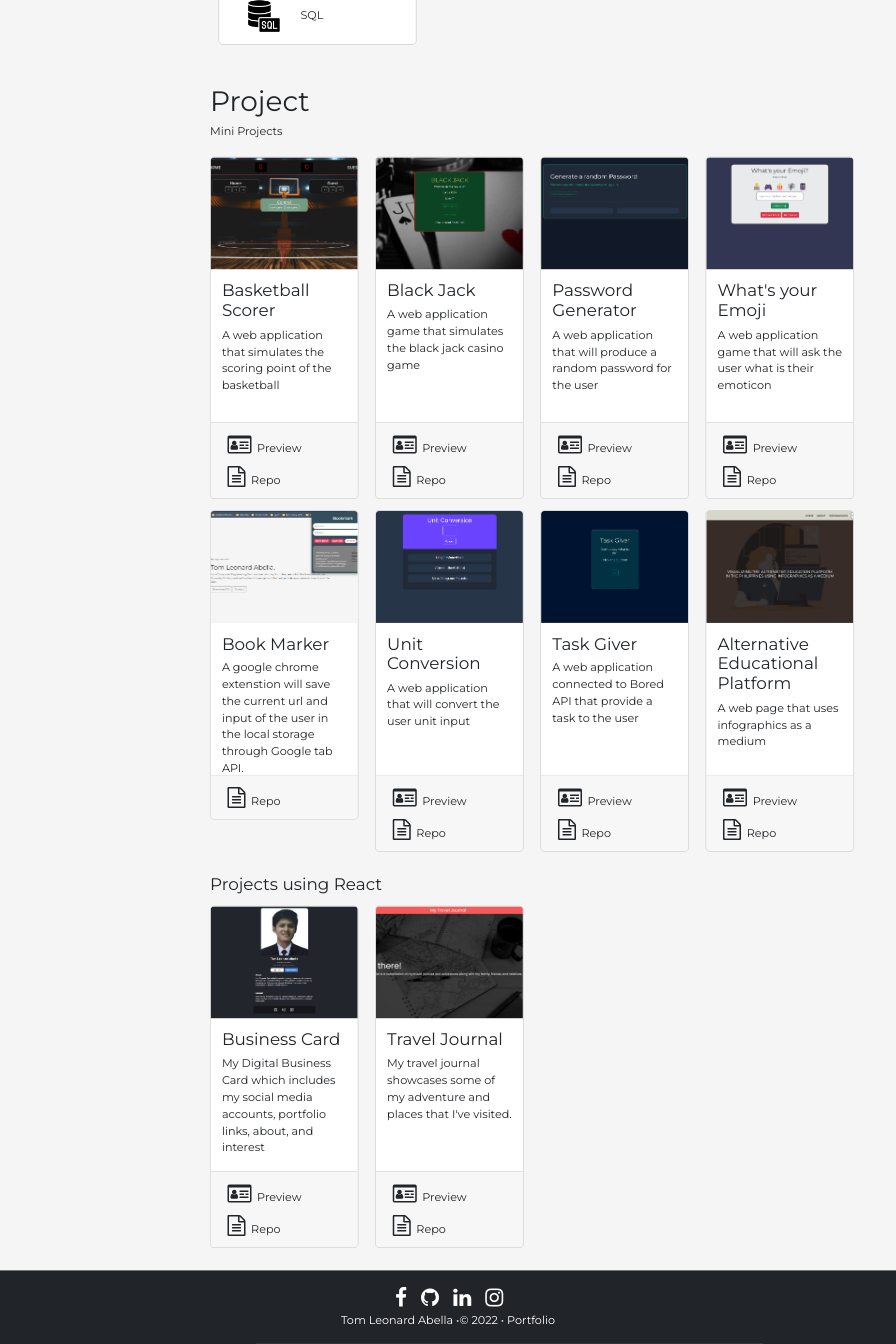
Repository: tom-abella/Portfolio
Page: index.html
The author's editor kept a copy of each file at every save. The page is drawn from the files as they stood at one save, then again after a run of saves.
The browser window is 1280 px wide. The pictures show the part of the page from y = 1427 to 3347 px (the page is 3347 px tall), at 70% of full size.

Above is the page before, as saved 2022-11-25 11:02:44.
Console error: ReferenceError: emailjs is not defined

After the next 2 saves:
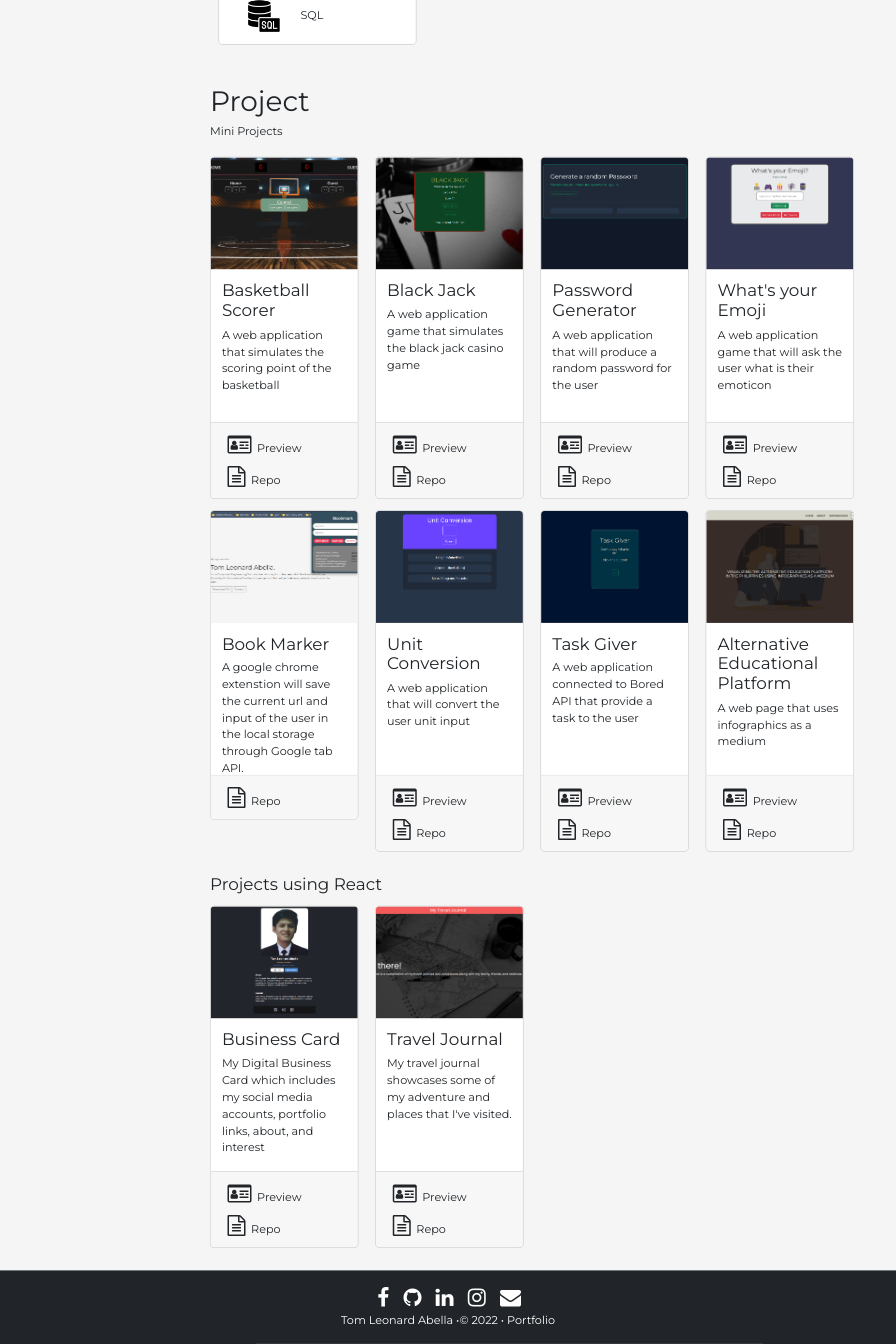
The 2 saves are shown as one change because they came seconds apart.
The last was saved 10 s later.
--- a/index.html
+++ b/index.html
@@ -350,7 +350,9 @@
               <a href="https://www.instagram.com/abella_tl/" target="_blank">
                 <i class="fa fa-instagram" aria-hidden="true"></i>
               </a>
-
+            <a href="" data-bs-toggle="modal" data-bs-target="#staticBackdrop" target="_blank">
+              <i class="fa fa-envelope" aria-hidden="true"></i>
+            </a>
             </div>
           </div>
         </div>
